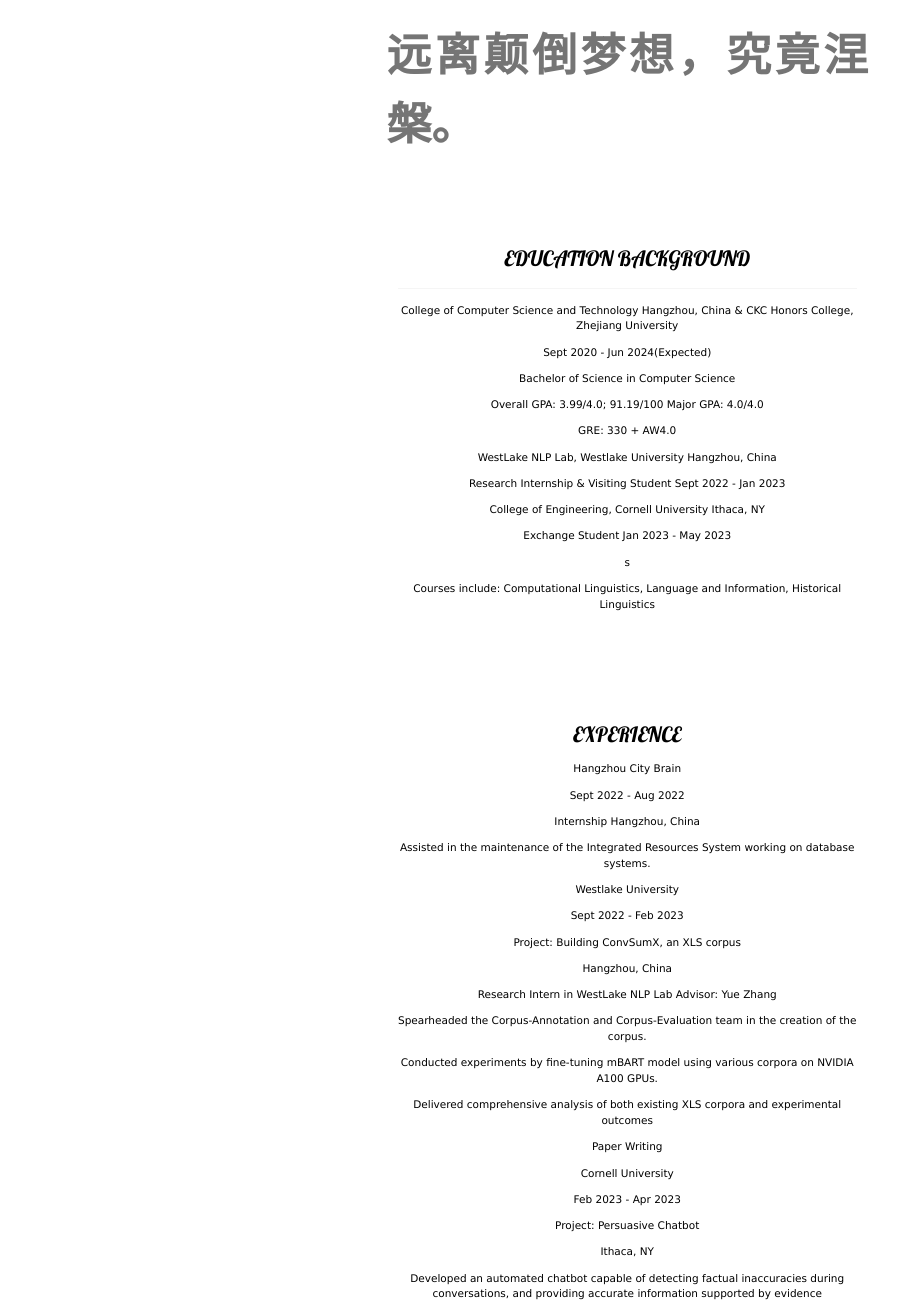
Repository: Ej-zhou/ej-zhou.github.io
Page: index.html
These files come from the project's save history. The page is drawn as it stood at one moment and after a run of saves; the edit follows.
The browser window is 1280 px wide. The page is 1304 px wide, so the pictures cover 1304 px, including what lies to the right of the window. The pictures show the part of the page from y = 1236 to 3116 px (the page is 6580 px tall before and 6786 px after), at 70% of full size.
Some web fonts or font styles are not loaded; a fallback is used.

Above is the page before, as saved 2023-08-12 15:13:05.

### index.html
<!DOCTYPE html>

<html>
<head>
<title>
     Zhou, Ej
    </title>
<meta charset="utf-8"/>
<meta content="width=device-width, initial-scale=1" name="viewport"/>
<link href="https://www.w3schools.com/w3css/4/w3.css" rel="stylesheet"/>
<link href="https://fonts.googleapis.com/css?family=Lobster" rel="stylesheet"/>
<link href="https://cdnjs.cloudflare.com/ajax/libs/font-awesome/4.7.0/css/font-awesome.min.css" rel="stylesheet"/>
<link href="https://fonts.googleapis.com/css2?family=Noto+Sans+SC&amp;display=swap" rel="stylesheet"/>
<style>
     /* body, h1, h2, h3, h4, h5, h6 {font-family: "Lobster", sans-serif} */
     h1, h2, h3, h4, h5, h6 {font-family: "Lobster", sans-serif}
     .w3-row-padding img {margin-bottom: 12px}
     /* .bgimg {
       background-position: center;
       background-repeat: no-repeat;
       background-size: cover;
       background-image: url('https://www.w3schools.com/w3images/profile_girl.jpg');
       min-height: 100%;
     } */
    @font-face {
      font-family: 'YanShiFoXiTi';
      src: url('fonts/YanShiFoXiTi/Slidefu-Regular-2.ttf'); /* Change the extension to match your file */
    }

    @font-face {
    font-family: 'Aakar Regular';
    src: url('fonts/Aakar Regular/Aakar Regular.ttf') format('truetype'); /* Update the path if needed */
    }

    @font-face {
        font-family: 'vesper_libre';
        src: url("fonts/Vesper_Libre/VesperLibre-Bold.ttf");
    }

    @font-face {
        font-family: 'kalam';
        src: url("fonts/Kalam/Kalam-Bold.ttf");
    }


    @font-face {
        font-family: 'Kurale';
        src: url("fonts/Kurale/Kurale-Regular.ttf");
    }

    @font-face {
        font-family: "Tillana";
        src: url("fonts/Tillana/Tillana-Regular.ttf");
    }

     .chinese {
      font-family: 'YanShiFoXiTi', sans-serif;
    }

    .sanskrit {
        font-family: 'Tillana';
        font-size: 33px; /* Set the font size to your desired value */
        font-style: italic;
        font-weight: bold; /* Make the text bold */
        text-align: right; /* Center align the text */
        display: block; /* Make the span a block element to occupy the full width */
        margin: 10px 0; /* Add some margin to separate it from other elements */
        color: gray; /*Set the color to your preference*/
    }
  /* Other CSS rules */

    /* Style for the sidebar container */
    .sidebar {
    width: 600px; /* Same as the desired image width */
    position: fixed; /* Fixed position */
    top: 0; /* Align with the top of the viewport */
    height: 100%; /* Full height */
    overflow: auto; /* Enable scrolling inside the sidebar */
    display: flex; /* Enable flexbox for centering */
    align-items: center; /* Center vertically */
    justify-content: center; /* Center horizontally */
    }

    /* Style for the image container */
    .image-container {
    width: 100%; /* Take up full width of the sidebar */
    text-align: left; /* Center the image horizontally */
    }



    .question-mark {
      cursor: pointer;
      font-weight: bold;
      color: gray; /* Change the color as needed */
      font-size: 40%; /* Adjust the font size to make it smaller */
      vertical-align: top; /* Display the question mark as a superscript */
    }

    .tooltip {
    display: none;
    position: absolute;
    background-color: #f9f9f9;
    padding: 5px;
    border: 1px solid #ccc;
    border-radius: 4px;
    box-shadow: 2px 2px 5px rgba(0, 0, 0, 0.1);
    font-size: 20%; /* Set to the desired font size */
    font-weight: normal; /* Set the font weight to normal */
    font-style: normal; /* Set the font style to normal */
    font-family: "Times New Roman", serif /* Set the desired font family */
    }


</style>
</head>
<!-- <body><div class="sidebar"><div class="image-container"><img alt="here should be a photo" height="400" src="pics/IMG_2185.JPG" width="600"/></div></div> -->
<body><div class="sidebar"><div class="image-container"><img alt="here should be a photo"  src="pics/photo.jpeg" width="550"/></div></div>
<!-- Sidebar with image -->
<!-- <nav class="w3-sidebar w3-hide-medium w3-hide-small" style="width:40%"> -->
<!-- <div class="bgimg"> -->
<!-- </div> -->
<!-- </nav> -->
<!-- Hidden Sidebar (reveals when clicked on menu icon)-->
<!-- <nav class="w3-sidebar w3-black w3-animate-right w3-xxlarge" id="mySidebar" style="display:none;padding-top:150px;right:0;z-index:2">
   <a class="w3-button w3-black w3-xxxlarge w3-display-topright" href="javascript:void(0)" onclick="closeNav()" style="padding:0 12px;">
    <i class="fa fa-remove">
    </i>
   </a>
   <div class="w3-bar-block w3-center">
    <a class="w3-bar-item w3-button w3-text-grey w3-hover-black" href="#" onclick="closeNav()">
     Home
    </a>
    <a class="w3-bar-item w3-button w3-text-grey w3-hover-black" href="#portfolio" onclick="closeNav()">
     Portfolio
    </a>
    <a class="w3-bar-item w3-button w3-text-grey w3-hover-black" href="#about" onclick="closeNav()">
     About
    </a>
    <a class="w3-bar-item w3-button w3-text-grey w3-hover-black" href="#contact" onclick="closeNav()">
     Contact
    </a>
   </div>
  </nav> -->

<!-- Page Content -->
<div class="w3-main w3-padding-large" style="margin-left:40%">
<!-- Menu icon to open sidebar -->
<span class="w3-button w3-top w3-white w3-xxlarge w3-text-grey w3-hover-text-black" onclick="openNav()" style="width:auto;right:0;">
<i class="fa fa-bars">
</i>
</span>
<!-- Header -->
<header class="w3-container w3-center" id="home" style="padding:128px 16px">

<h1 class="w3-jumbo">
    <b> <span class="chinese">周逸杰</span>           </b>
</h1>



<h1 class="w3-jumbo">
<b>
        ZHOU, EJ
      </b>
      <span class="question-mark">?</span>
      <span class="tooltip">
        My given name is <i>Yijie</i>, and my family name <i>Zhou</i>. <i>Ej</i> is my preferred name, and we put our family name in the front.
      </span>




</h1>
<p>
     Where shall I begin...
    </p>
<!-- <img class="w3-image w3-hide-large w3-hide-small w3-round" src="https://www.w3schools.com/w3images/profile_girl.jpg" style="display:block;width:60%;margin:auto;"/> -->
<!-- <img class="w3-image w3-hide-large w3-hide-medium w3-round" height="1333" src="https://www.w3schools.com/w3images/profile_girl.jpg" width="1000">
<button class="w3-button w3-light-grey w3-padding-large w3-margin-top">
<i class="fa fa-download">
</i>
      CV
    </button>
</img></header> -->
<!-- Portfolio Section -->
<!-- <div class="w3-padding-32 w3-content" id="portfolio">
    <h2 class="w3-text-grey">
     My Portfolio
    </h2>
    <hr class="w3-opacity"/> -->
<!-- Grid for photos -->
<!-- <div class="w3-row-padding" style="margin:0 -16px"> -->
<!-- <div class="w3-half">
      <img src="https://www.w3schools.com/w3images/wedding.jpg" style="width:100%"/>
      <img src="https://www.w3schools.com/w3images/rocks.jpg" style="width:100%"/>
      <img src="https://www.w3schools.com/w3images/sailboat.jpg" style="width:100%"/>
     </div>
     <div class="w3-half">
      <img src="https://www.w3schools.com/w3images/underwater.jpg" style="width:100%"/>
      <img src="https://www.w3schools.com/w3images/chef.jpg" style="width:100%"/>
      <img src="https://www.w3schools.com/w3images/wedding.jpg" style="width:100%"/>
      <img src="https://www.w3schools.com/w3images/p6.jpg" style="width:100%"/>
     </div> -->
<!-- End photo grid -->
<!-- </div> -->
<!-- End Portfolio Section -->
<!-- </div> -->
<!-- About Section -->
<div class="w3-content w3-justify w3-text-grey w3-padding-32" id="about">
<h2>
     About
    </h2>
<hr class="w3-opacity"/>
<p>
    I am an undergraduate student in Zhejiang Unviersity. I am interested in NLP and AI. I am currently working on a project about building a corpus for cross-lingual summarization. I am also interested in the intersection of NLP and other fields, such as psychology and philosophy. I am also interested in the application of NLP in the field of education. I am currently working on a project about building a corpus for cross-lingual summarization. I am also interested in the intersection of NLP and other fields, such as psychology and philosophy. I am also interested in the application of NLP in the field of education. I am currently working on a project about building a corpus for cross-lingual summarization. I am also interested in the intersection of NLP and other fields, such as psychology and philosophy. I am also interested in the application of NLP in the field of education.
    </p>
<h3 class="w3-padding-16">
<!-- My Skills
    </h3>
    <p class="w3-wide">
     Photography
    </p>
    <div class="w3-light-grey">
     <div class="w3-container w3-center w3-padding-small w3-dark-grey" style="width:95%">
      95%
     </div>
    </div>
    <p class="w3-wide">
     Web Design
    </p>
    <div class="w3-light-grey">
     <div class="w3-container w3-center w3-padding-small w3-dark-grey" style="width:85%">
      85%
     </div>
    </div>
    <p class="w3-wide">
     Photoshop
    </p>
    <div class="w3-light-grey">
     <div class="w3-container w3-center w3-padding-small w3-dark-grey" style="width:80%">
      80%
     </div>
    </div>
    <br/>
    <div class="w3-row w3-center w3-dark-grey w3-padding-16 w3-section">
     <div class="w3-quarter w3-section">
      <span class="w3-xlarge">
       14+
      </span> -->
<!-- <br/>
      Partners
     </div>
     <div class="w3-quarter w3-section">
      <span class="w3-xlarge">
       55+
      </span>
      <br/>
      Projects Done
     </div>
     <div class="w3-quarter w3-section">
      <span class="w3-xlarge">
       89+
      </span>
      <br/>
      Happy Clients
     </div>
     <div class="w3-quarter w3-section">
      <span class="w3-xlarge">
       150+
      </span>
      <br/>
      Meetings
     </div>
    </div>
    <button class="w3-button w3-light-grey w3-padding-large w3-section">
     <i class="fa fa-download">
     </i>
     Download Resume -->
<!-- </button> -->
<!-- Testimonials -->
<!-- <h3 class="w3-padding-24">
     My Reputation
    </h3>
    <img alt="Avatar" class="w3-left w3-circle w3-margin-right" src="https://www.w3schools.com/w3images/avatar_smoke.jpg" style="width:80px"/>
    <p>
     <span class="w3-large w3-text-black w3-margin-right">
      Chandler Bing.
     </span>
     Web Designer.
    </p>
    <p>
     Jane Doe is just awesome. I am so happy to have met her!
    </p>
    <br/>
    <img alt="Avatar" class="w3-left w3-circle w3-margin-right" src="https://www.w3schools.com/w3images/bandmember.jpg" style="width:80px"/>
    <p>
     <span class="w3-large w3-text-black w3-margin-right">
      Chris Fox.
     </span>
     CEO at Mighty Schools.
    </p>
    <p>
     Jane Doe saved us from a web disaster.
    </p>
    <br/>
    <img alt="Avatar" class="w3-left w3-circle w3-margin-right" src="https://www.w3schools.com/w3images/avatar_g2.jpg" style="width:80px"/>
    <p>
     <span class="w3-large w3-text-black w3-margin-right">
      Rebecca Flex.
     </span>
     CEO at Company.
    </p>
    <p>
     No one is better than Jane Doe.
    </p>
    <br/> -->
<!-- Grid for pricing tables -->
<!-- End About Section -->
<!-- </div> -->
<!--
  <script>
   // Open and close sidebar
function openNav() {
  document.getElementById("mySidebar").style.width = "60%";
  document.getElementById("mySidebar").style.display = "block";
}

function closeNav() {
  document.getElementById("mySidebar").style.display = "none";
}
  </script>
  <div class="w3-container w3-padding-64 w3-center"> -->

<br><br><br><br>
<h1 class="w3-jumbo">
    <b> <span class="chinese">若以色见我，以音声求我，是人行邪道，不能见如来。</span>           </b>
</h1>

<!-- <h1 class="w3-jumbo">
    <b> <span class="chinese">凡所有相，皆是虚妄。<br> 若见诸相非相，即见如来。</span>           </b>
</h1> -->

<h1 class="w3-jumbo">
    <b> <span class="chinese">远离颠倒梦想，究竟涅槃。</span>           </b>
</h1>


<p>
</p>
</h3></div>
<div class="w3-container w3-padding-64 w3-center">
<h2>
    EDUCATION BACKGROUND
   </h2>
   <hr class="w3-opacity"/>
<p>
    College of Computer Science and Technology Hangzhou, China &amp; CKC Honors College, Zhejiang University
   </p>
<p>
    Sept 2020 - Jun 2024(Expected)
   </p>
<p>
    Bachelor of Science in Computer Science
   </p>
<p>
    Overall GPA: 3.99/4.0; 91.19/100 Major GPA: 4.0/4.0
   </p>
<p>
    GRE: 330 + AW4.0
   </p>
<p>
    WestLake NLP Lab, Westlake University Hangzhou, China
   </p>
<p>
    Research Internship &amp; Visiting Student Sept 2022 - Jan 2023
   </p>
<p>
    College of Engineering, Cornell University Ithaca, NY
   </p>
<p>
    Exchange Student Jan 2023 - May 2023
   </p>
s   <p>
    Courses include: Computational Linguistics, Language and Information, Historical Linguistics
   </p>
</div>



<div class="w3-container w3-padding-64 w3-center">
<h2>
    EXPERIENCE
   </h2>
<p>
    Hangzhou City Brain
   </p>
<p>
    Sept 2022 - Aug 2022
   </p>
<p>
    Internship Hangzhou, China
   </p>
<p>
    Assisted in the maintenance of the Integrated Resources System working on database systems.
   </p>
<p>
    Westlake University
   </p>
<p>
    Sept 2022 - Feb 2023
   </p>
<p>
    Project: Building ConvSumX, an XLS corpus
   </p>
<p>
    Hangzhou, China
   </p>
<p>
    Research Intern in WestLake NLP Lab Advisor: Yue Zhang
   </p>
<p>
    Spearheaded the Corpus-Annotation and Corpus-Evaluation team in the creation of the corpus.
   </p>
<p>
    Conducted experiments by fine-tuning mBART model using various corpora on NVIDIA A100 GPUs.
   </p>
<p>
    Delivered comprehensive analysis of both existing XLS corpora and experimental outcomes
   </p>
<p>
    Paper Writing
   </p>
<p>
    Cornell University
   </p>
<p>
    Feb 2023 - Apr 2023
   </p>
<p>
    Project: Persuasive Chatbot
   </p>
<p>
    Ithaca, NY
   </p>
<p>
    Developed an automated chatbot capable of detecting factual inaccuracies during conversations, and providing accurate information supported by evidence
   </p>
</div>



<div class="w3-container w3-padding-64 w3-center">
<h2>
    PUBLICATION
   </h2>
<p>
    [1] Yulong Chen, Huajian Zhang, Yijie Zhou, Xuefeng Bai, Yueguan Wang, Ming Zhong, Jianhao Yan, Yafu Li, Judy Li, Michael Zhu and Yue Zhang:
   </p>
<p>
    Revisiting Cross-Lingual Summarization: A Corpus-based Study and A New Benchmark with Improvement Annotation, submitted to ACL 2023
   </p>
</div>
<div class="w3-container w3-padding-64 w3-center">
<h2>
    AWARDS AND COMPETITIONS
   </h2>
<p>
    Zhejiang Lab Cup Global AI Competition, Third Prize
   </p>
<p>
    Oct 2021
   </p>
<p>
    Hangzhou, China
   </p>
<p>
    Zhejiang University Programming Contest, Third Prize
   </p>
<p>
    Oct 2021
   </p>
<p>
    Hangzhou, China
   </p>
</div>
<div class="w3-container w3-padding-64 w3-center">
<h2>
    SELECTED COURSE-WORKS
   </h2>
<p>
    Parallel Computing and Neural Networks
   </p>
<p>
    Jul 2021 - Aug 2021
   </p>
<p>
    Coursework for Integrate Practice for Courses I: Supercomputing; score 97/100
   </p>
<p>
    Enhanced GEMM performance by over 100x using OpenMP and MPI on a computing cluster.
   </p>
<p>
    Developed a CNN from scratch using PyTorch for handwriting recognition and object recognition.
   </p>
<p>
    Mini-SQL GitHub
   </p>
<p>
    May 2022 - Jun 2022
   </p>
<p>
    Coursework for Database System; score 98/100
   </p>
<p>
    Developed a compact single-user SQL engine (DBMS) supporting fundamental database operations and implemented an index-manager for record handling using a custom-designed B+-tree data structure.
   </p>
<p>
    Socket and Web-server
   </p>
<p>
    Oct 2022 - Dec 2022
   </p>
<p>
    Coursework for Computer Network; score 96/100
   </p>
<p>
    Developed a custom TCP-based communication protocol.
   </p>
<p>
    Constructed a lightweight web server capable of parsing HTTP protocol and accepting browser access without relying on any pre-built libraries.
   </p>
</div>
<div class="w3-container w3-padding-64 w3-center">
<h2>
    SKILLS
   </h2>
<p>
    Programming Skills: Python, C, C++, Verilog, etc.
   </p>
<p>
    Deep Learning Framework: Pytorch, Transformers, working with LLMs
   </p>
<p>
    Developer Tools: Git, GitHub, Linux, Anaconda, LaTeX, Docker
   </p>
<p>
    Others: SQL Language, Linux Kernel Programming, CUDA
   </p>
</div>
<div class="w3-container w3-padding-64 w3-center">
<h2>
    LANGUAGES
   </h2>
<p>
    Mandarin: Native mastery
   </p>
<p>
    Wu-Chinese: Native in oral speech
   </p>
<p>
    English: Proficient, TOEFL 110/120
   </p>
<p>
    French: Fluent, TFU 84/100
   </p>
<p>
    Japanese: Intermediate reading-comprehension, basic conversation
   </p>
<p>
    Beginner level in Cantonese and Spanish
   </p>
</div>
<div class="w3-container w3-padding-64 w3-center">
<h2>
    EXTRA-CURRICULAR ACTIVITIES
   </h2>
<p>
    My film reviews (link), An experimental short-film that I was in: In Some Nights. Tarkovsky and Wim Wenders
   </p>
<p>
    guqin and guitar
   </p>
</div>
<div class="w3-container w3-padding-64 w3-center">
<h2>
    AWARDS AND HONORS
   </h2>
<p>
    First-class Scholarship, Zhejiang University 2022/2021
   </p>
<p>
    Excellence Honors Scholarship, Zhejiang University 2021
   </p>
<p>
    Hengyi Scholarship 2021
   </p>
</div>

<!-- Contact Section -->


<!-- <div class="w3-padding-32 w3-content w3-text-grey" id="contact" style="margin-bottom:64px">
<h2>
       Contact Me
      </h2>
<hr class="w3-opacity"/>
<div class="w3-section">
<p>
<i class="fa fa-map-marker fa-fw w3-xxlarge w3-margin-right">
</i>
        New Haven, CT
       </p>
<p>
<i class="fa fa-phone fa-fw w3-xxlarge w3-margin-right">
</i>
        Phone: +1 (607) 327-2411 / +86 188-0671-8188
       </p>
<p>
<i class="fa fa-envelope fa-fw w3-xxlarge w3-margin-right">
</i>
        Email: e.j.zhou@zju.edu.cn / yz2876@cornell.edu
       </p> -->
<br><br><br><br>
<b> <span class="sanskrit">गते गते पारगते पारसंगते बोधि स्वाहा</span>           </b>


</div>
<!-- Image of location/map -->
<!-- <img class="w3-image w3-greyscale" src="https://www.w3schools.com/w3images/map.jpg" style="width:100%;margin:32px 0"/> -->
<!-- <p>
       Lets get in touch. Send me a message:
      </p> -->
<!-- <form action="/action_page.php" target="_blank"> -->
<!-- <p>
<input class="w3-input w3-padding-16 w3-border" name="Name" placeholder="Name" required="" type="text"/>
</p>
<p>
<input class="w3-input w3-padding-16 w3-border" name="Email" placeholder="Email" required="" type="text"/>
</p>
<p>
<input class="w3-input w3-padding-16 w3-border" name="Subject" placeholder="Subject" required="" type="text"/>
</p>
<p>
<input class="w3-input w3-padding-16 w3-border" name="Message" placeholder="Message" required="" type="text"/>
</p>
<p>
<button class="w3-button w3-light-grey w3-padding-large" type="submit">
<i class="fa fa-paper-plane">
</i>
         SEND MESSAGE
        </button>
</p> -->
<!-- </form> -->
<!-- End Contact Section -->


</div>



<!-- Footer. This section contains an ad for W3Schools Spaces. You can leave it to support us. -->

<footer class="w3-container w3-padding-64 w3-light-grey w3-center w3-opacity w3-xlarge" style="margin:-24px">
    <!-- <a href="https://www.facebook.com/yourusername" target="_blank"><i class="fa fa-facebook-official w3-hover-opacity"></i></a> -->
    <!-- <a href="https://www.instagram.com/yourusername" target="_blank"><i class="fa fa-instagram w3-hover-opacity"></i></a> -->
    <!-- <a href="https://www.snapchat.com/yourusername" target="_blank"><i class="fa fa-snapchat w3-hover-opacity"></i></a> -->
    <!-- <a href="https://www.pinterest.com/yourusername" target="_blank"><i class="fa fa-pinterest-p w3-hover-opacity"></i></a> -->
    <a href="https://twitter.com/ej_2876" target="_blank"><i class="fa fa-twitter w3-hover-opacity"></i></a>
    <a href="https://github.com/cyber-e-j" target="_blank"><i class="fa fa-github w3-hover-opacity"></i></a> <!-- GitHub Link -->
    <a href="https://www.linkedin.com/in/ej-zhou-1600a7264/" target="_blank"><i class="fa fa-linkedin w3-hover-opacity"></i></a>
    <!-- <a href="https://scholar.google.com/citations?authuser=1&user=e8yGb7IAAAAJ" target="_blank"><i class="fa-brands fa-google"></i></a> Google Scholar Link -->
    <a href="https://scholar.google.com/citations?authuser=1&user=e8yGb7IAAAAJ" target="_blank"><img width="24" height="24" src="https://img.icons8.com/material-two-tone/384/google-scholar.png" alt="google-scholar" class="w3-hover-opacity" /></a> <!-- Google Scholar Link -->

    <!-- Additional content -->
    <p class="w3-small">
      <!-- This website was made with W3schools Spaces. Make your own free website today! -->
    </p>
    <!-- <a class="w3-button w3-round-xxlarge w3-small w3-dark-grey" href="https://www.w3schools.com/spaces" target="_blank">
       Start now
      </a> -->
    <!-- End footer -->
  </footer>

</div>



<script>
    const questionMark = document.querySelector('.question-mark');
    const tooltip = document.querySelector('.tooltip');

    questionMark.addEventListener('mouseover', () => {
      tooltip.style.display = 'inline-block';
    });

    questionMark.addEventListener('mouseout', () => {
      tooltip.style.display = 'none';
    });

    // Optional: If you want to hide the tooltip when the mouse moves away from it, add the following code
    tooltip.addEventListener('mouseout', () => {
      tooltip.style.display = 'none';
    });
  </script>


</body>

  <!-- END PAGE CONTENT -->
  </html>

After the next 4 saves:
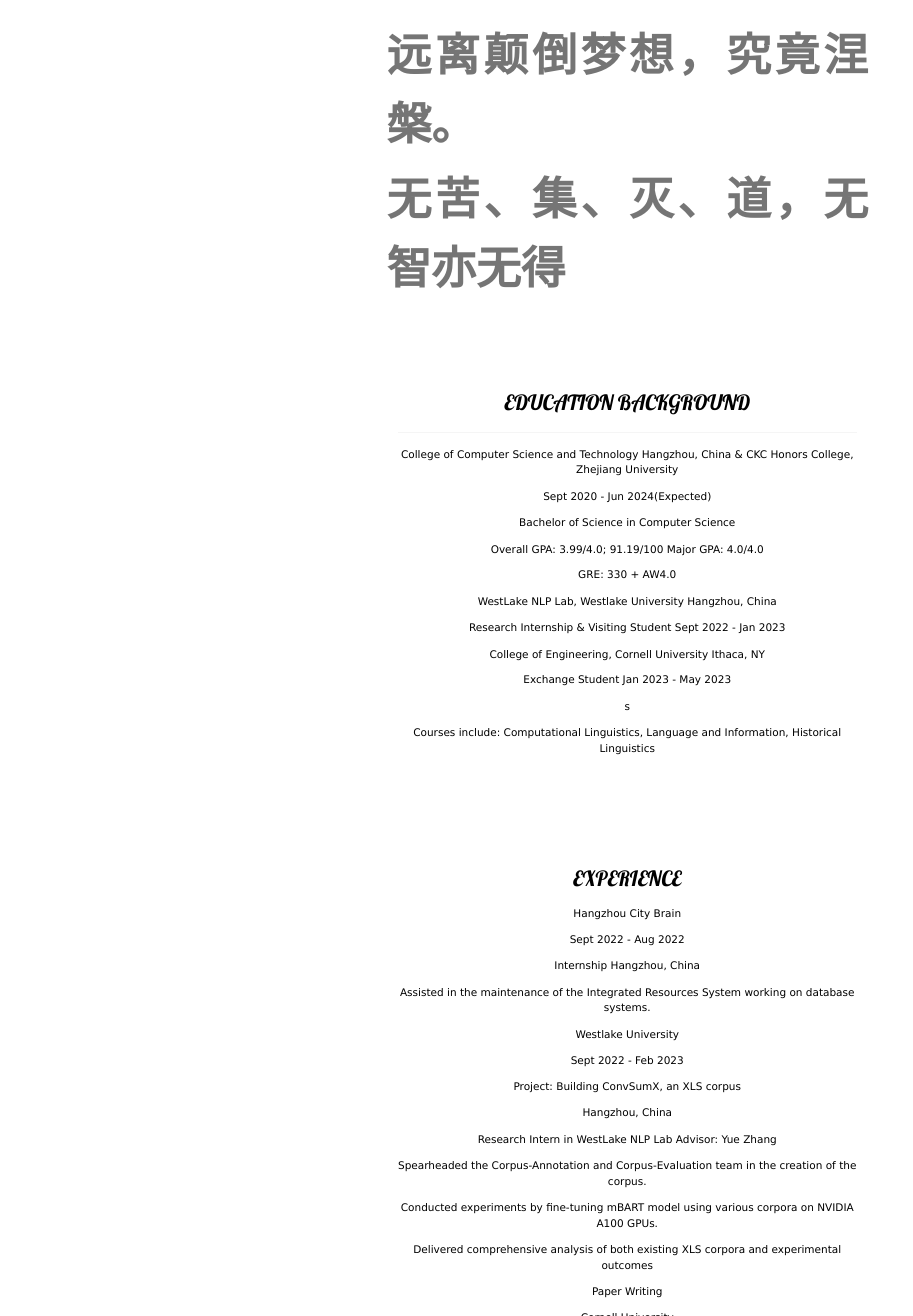
The 4 saves are shown as one change because they came seconds apart.
The last was saved 111 s later.
--- a/index.html
+++ b/index.html
@@ -346,6 +346,11 @@
 </h1>
 
 
+<h1 class="w3-jumbo">
+    <b> <span class="chinese">无苦、集、灭、道，无智亦无得</span>           </b>
+</h1>
+
+
 <p>
 </p>
 </h3></div>
